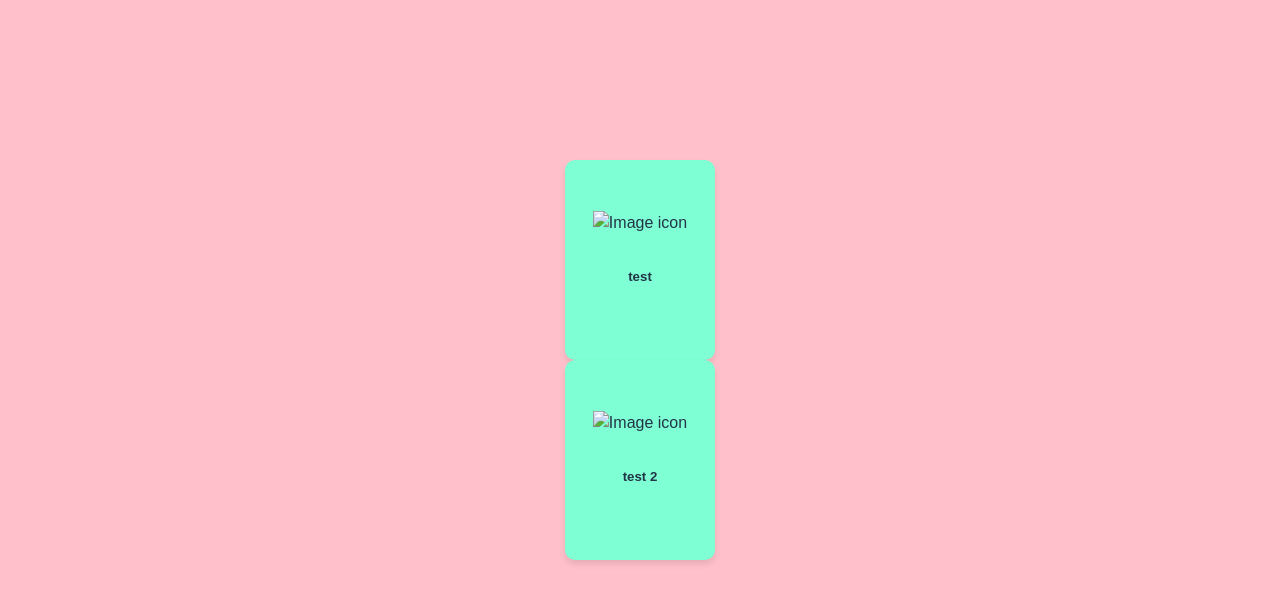
Repository: DaneJuswa/LearningReact
Page: / (app in reactProject/)
An editor plug-in stored every save of this project. The page is shown before and after the next save, followed by the edit.
The browser window is 1280 px wide. The pictures show the whole page.
The project was rebuilt for these pictures with package versions that can differ from the ones it lists, and the page was loaded fresh each time. Also part of the build but not shown: reactProject/vite.config.js.

Above is the page before, as saved 2025-09-11 22:26:08.

After the next save:
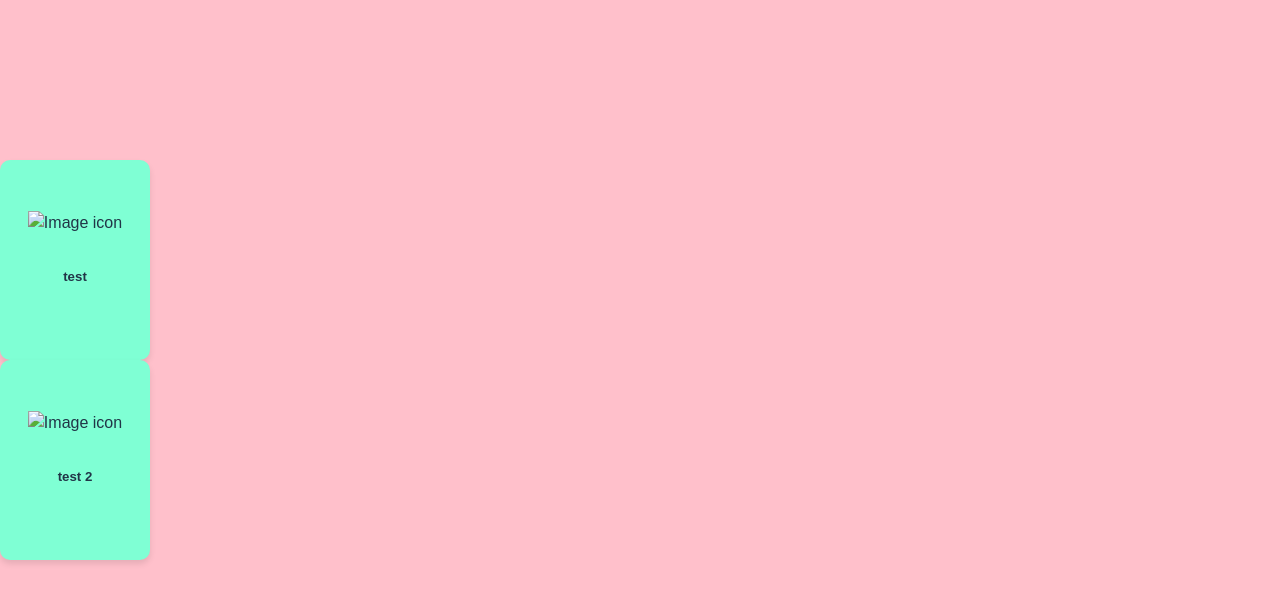
Saved 9 s later.
--- a/reactProject/src/App.css
+++ b/reactProject/src/App.css
@@ -1,7 +1,5 @@
 body {
-  display: flex;
-  flex-direction: column;
-  justify-content: center;
+
   align-items: center;
   min-height: 100vh; /* make sure it's vertically centered */
   background-color: pink;

After the 6 saves that followed:
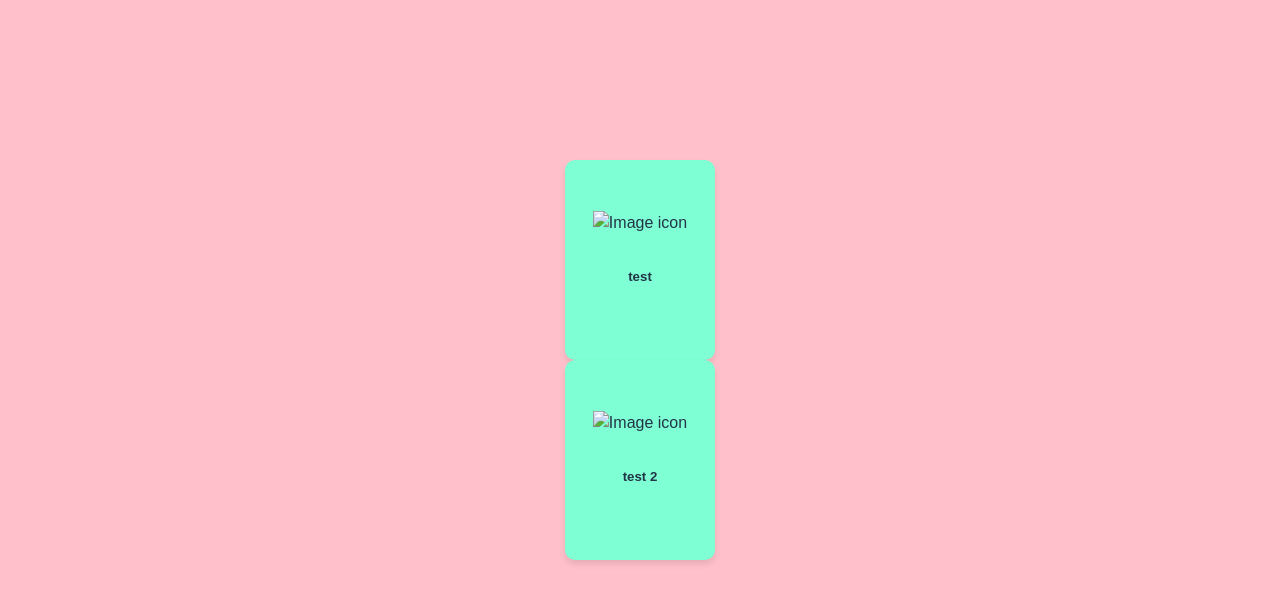
The 6 saves are shown as one change because 5 left the picture as it was.
The last was saved 57 s later.
--- a/reactProject/src/App.css
+++ b/reactProject/src/App.css
@@ -1,5 +1,7 @@
 body {
-
+  width: 100%;
+  display: flex;
+  justify-content: center;
   align-items: center;
   min-height: 100vh; /* make sure it's vertically centered */
   background-color: pink;
